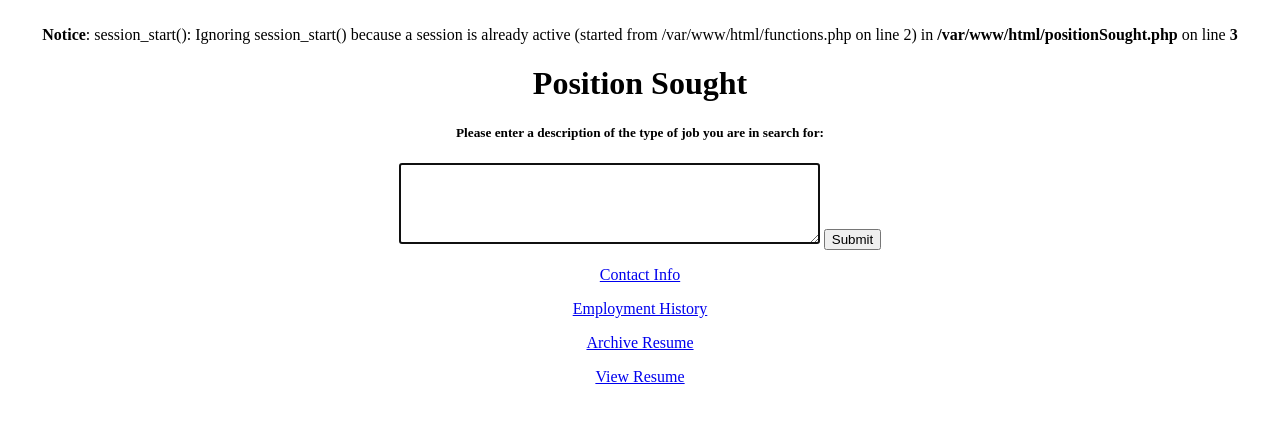
Repository: HyveMynd/cs4540
Page: http://localhost/positionSought.php
An editor plug-in stored every save of this project. The page is shown before and after the next save, followed by the edit.
The browser window is 1280 px wide. The pictures show the whole page.
Some web libraries are served in a nearby version. The page is run by PHP 8.4 with error messages shown; the project is at /var/www/html/.

Above is the page before, as saved 2013-02-18 07:51:02.

### ps5/positionSought.php
<?php
require 'functions.php';
session_start();
?>
<!DOCTYPE html PUBLIC "-//W3C//DTD HTML 4.01 Transitional//EN" "http://www.w3.org/TR/html4/loose.dtd">
<html>
<head>
<meta http-equiv="Content-Type" content="text/html; charset=UTF-8">
<link rel="stylesheet" href="style.css" type="text/css" />
<script src="//ajax.googleapis.com/ajax/libs/jquery/1.8.2/jquery.min.js" type="text/javascript"></script>
<script type="text/javascript" src=resume.js ></script>
<title>Position Sought</title>
</head>
<body class='pos'>
	<form action="positionSought.php" method="post">
	<h1>Position Sought</h1>
	<h5>Please enter a description of the type of job you are in search for:</h5>
		<textarea name=position rows=5 cols=50 autofocus required><?php sticky('position')?></textarea>
	<input type="button" value=Submit onclick="validate()" />
	</form>
	<p><a href="contactInfo.php" >Contact Info</a></p>
	<p><a href="employmentHistory.php" >Employment History</a></p>
	<p><a href="archive.php" >Archive Resume</a></p>
	<p><a href="resume.php" >View Resume</a></p>
</body>
</html>

### ps5/functions.php
<?php
session_start();
//output session variables if they are set
function sticky ($name){
	if (isset($_REQUEST[$name])){
		$_SESSION[$name] = $_REQUEST[$name];
		echo $_SESSION[$name];
	}
	elseif (isset($_SESSION[$name])){
		echo $_SESSION[$name];
	}
}

function getSessionVar ($name){
	if (isset($_SESSION[$name])){
		return $_SESSION[$name];
	}
	else{
		return '';
	}
}
?>

### ps5/style.css
@CHARSET "UTF-8";

body{
	background-color:#FFFFFF;
	font:arial, sans-serif;
	text-align:center;
	margin-left:auto;
	margin-right: auto;
}
div{
	background-color:#99CCFF;
	width:400px;
	margin-left:auto;
	margin-right: auto;
	height:80px
}
table{
	background-color:#99CCFF;
	font-size:15px;
	font-style:normal;
	margin-left:auto;
	margin-right:auto;
}

### ps5/resume.js
function addField(){
	$('h1').append("<section><table><tr><td>Enter the Start Date:</td><td><input name='startDate[]' type=date value='' required /></td><td><input class='remove' type='button' value='remove' /></td></tr><tr><td>Enter the End Date:</td><td><input name='endDate[]' type=date value='' required /></td></tr></table><table><tr><th>Enter a brief description of your responsibilities:</th></tr><tr><td><textarea name='desc[]' rows=10 cols=50 required></textarea></td></tr></table></section>");
	attachRemove();
};

function initializeFields(n){
	$('h1').append("<section><table><tr><td>Enter the Start Date:</td><td><input name='startDate[]' type=date value='"+startArray[n]+"' required /></td><td><input class='remove' type='button' value='remove' /></td></tr><tr><td>Enter the End Date:</td><td><input name='endDate[]' type=date value='"+endArray[n]+"' required /></td></tr></table><table><tr><th>Enter a brief description of your responsibilities:</th></tr><tr><td><textarea name='desc[]' rows=10 cols=50 required>"+descArray[n]+"</textarea></td></tr></table></section>");
};

function populateFields(count){
	for (var i = 0; i < count; i++)
		initializeFields(i);
}

function addReadonly(n){
	for (var i = 0; i < n; i++)
		$('#employ').append("<table><tr><td>Enter the Start Date:</td><td><input name='startDate[]' type=date value='"+startArray[i]+"' readonly /></td></tr><tr><td>Enter the End Date:</td><td><input name='endDate[]' type=date value='"+endArray[i]+"' readonly /></td></tr></table><table><tr><th>Enter a brief description of your responsibilities:</th></tr><tr><td><textarea name='desc[]' rows=10 cols=50 readonly>"+descArray[i]+"</textarea></td></tr></table>");
}

function highlightInput(input){
	$(input).css('border', '3px #FF0000 solid');
}

function attachRemove(){
	$('.remove').click(function (){
		removeSection($(this));
	});
}

function removeSection(button){
	$(button).closest($('section')).remove();
}

function validate(){
	var invalid = false;

	//loop through inputs
	$('input').each(function (){
		if ($(this).val() == ''){
			highlightInput($(this));
			invalid = true;
		}
	});

	//loop through textareas
	$('textarea').each(function (){
		if ($(this).val() == ''){
			highlightInput($(this));
			invalid = true;
		}
	});
	if(!invalid)
		$('form').submit();
}

After the next save:
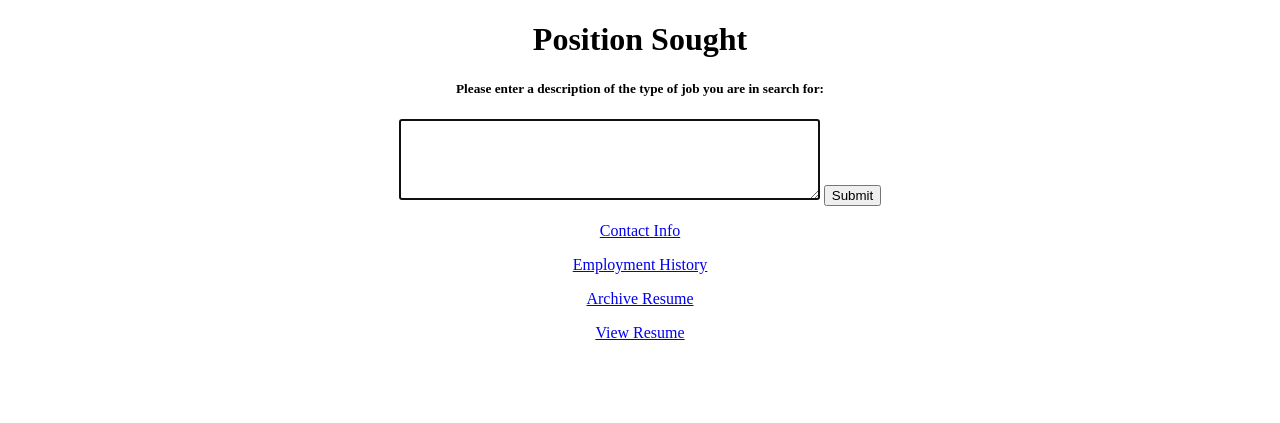
Saved 11 s later.
--- a/ps5/positionSought.php
+++ b/ps5/positionSought.php
@@ -1,6 +1,5 @@
 <?php
 require 'functions.php';
-session_start();
 ?>
 <!DOCTYPE html PUBLIC "-//W3C//DTD HTML 4.01 Transitional//EN" "http://www.w3.org/TR/html4/loose.dtd">
 <html>
